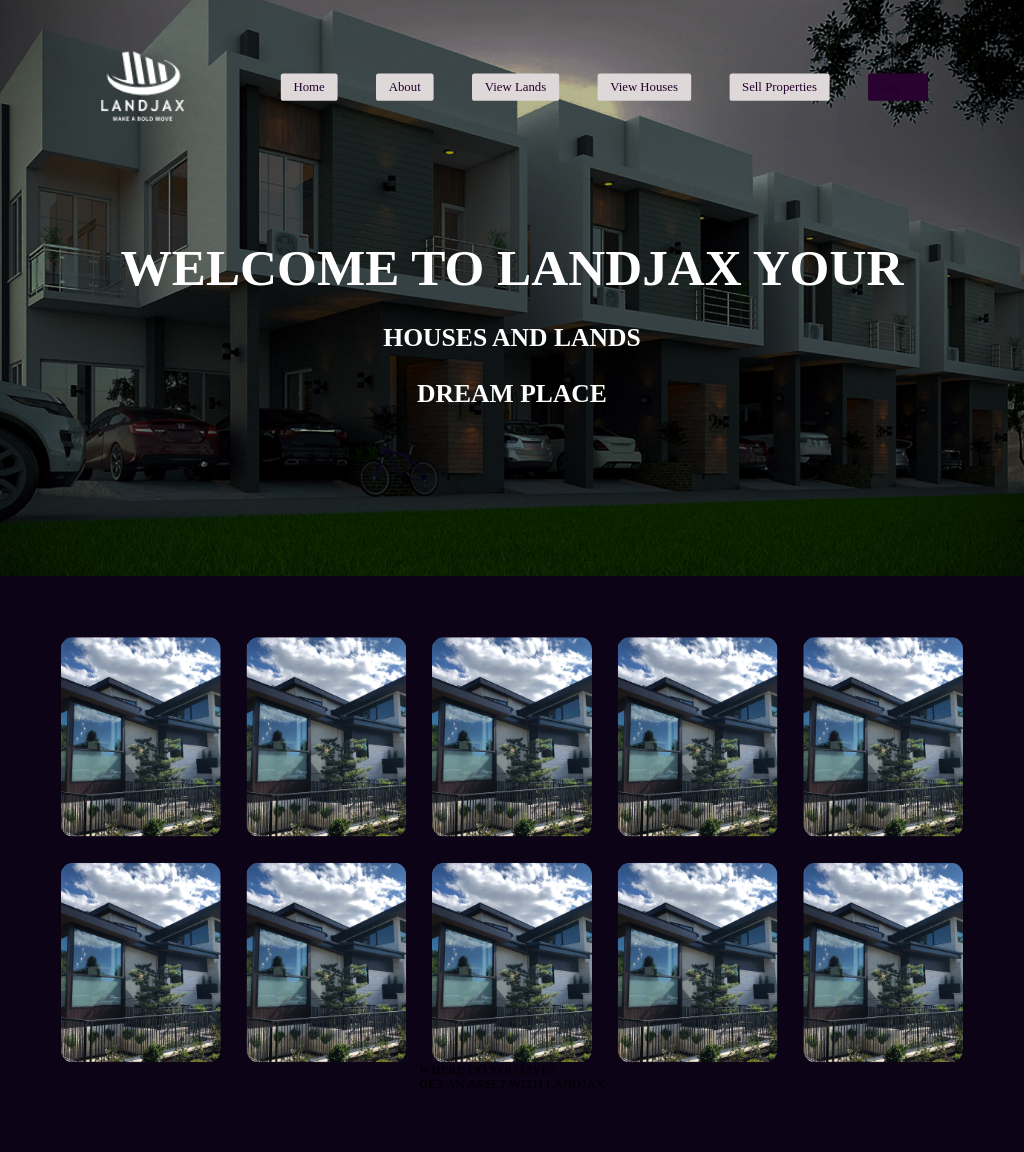
Repository: NorVirae/landjax-frontend
Page: /
The author's editor kept a copy of each file at every save. The page is drawn from the files as they stood at one save, then again after a run of saves.
The browser window is 1280 px wide. The pictures show the whole page, at 80% of full size.
The project was rebuilt for these pictures with package versions that can differ from the ones it lists, and the page was loaded fresh each time. The framework's server and built-in components were replaced by stand-ins that run in the browser. Also part of the build but not shown: next.config.js.

Above is the page before, as saved 2022-07-02 16:10:45.

After the next 6 saves:
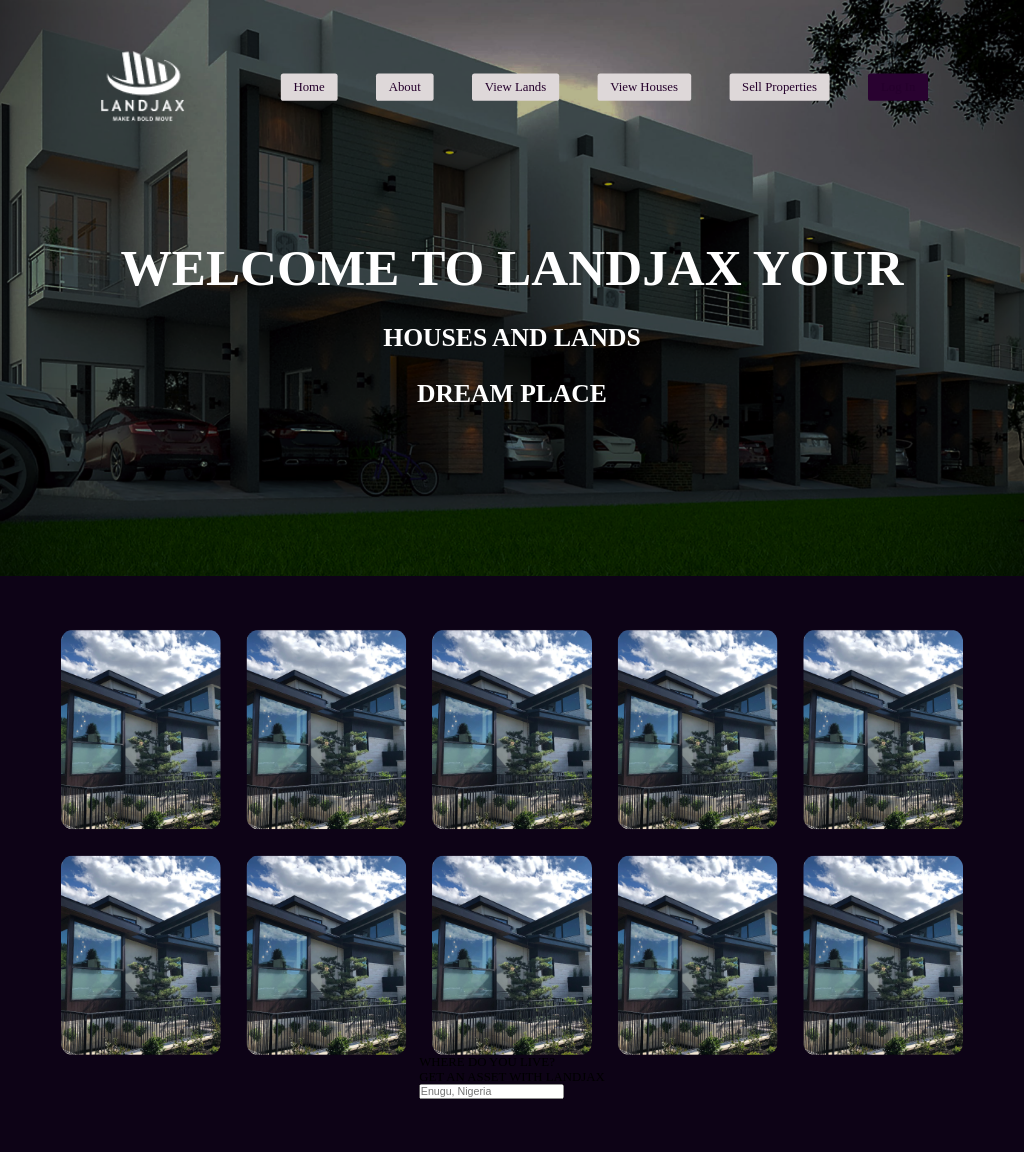
The 6 saves are shown as one change because 2 did not build or start and some came seconds apart.
The last was saved 30 s later.
--- a/pages/index.tsx
+++ b/pages/index.tsx
@@ -49,6 +49,7 @@ const Home = () => {
 
             <div>
 
+              <input placeholder='Enugu, Nigeria' />
             </div>
 
           </section>
